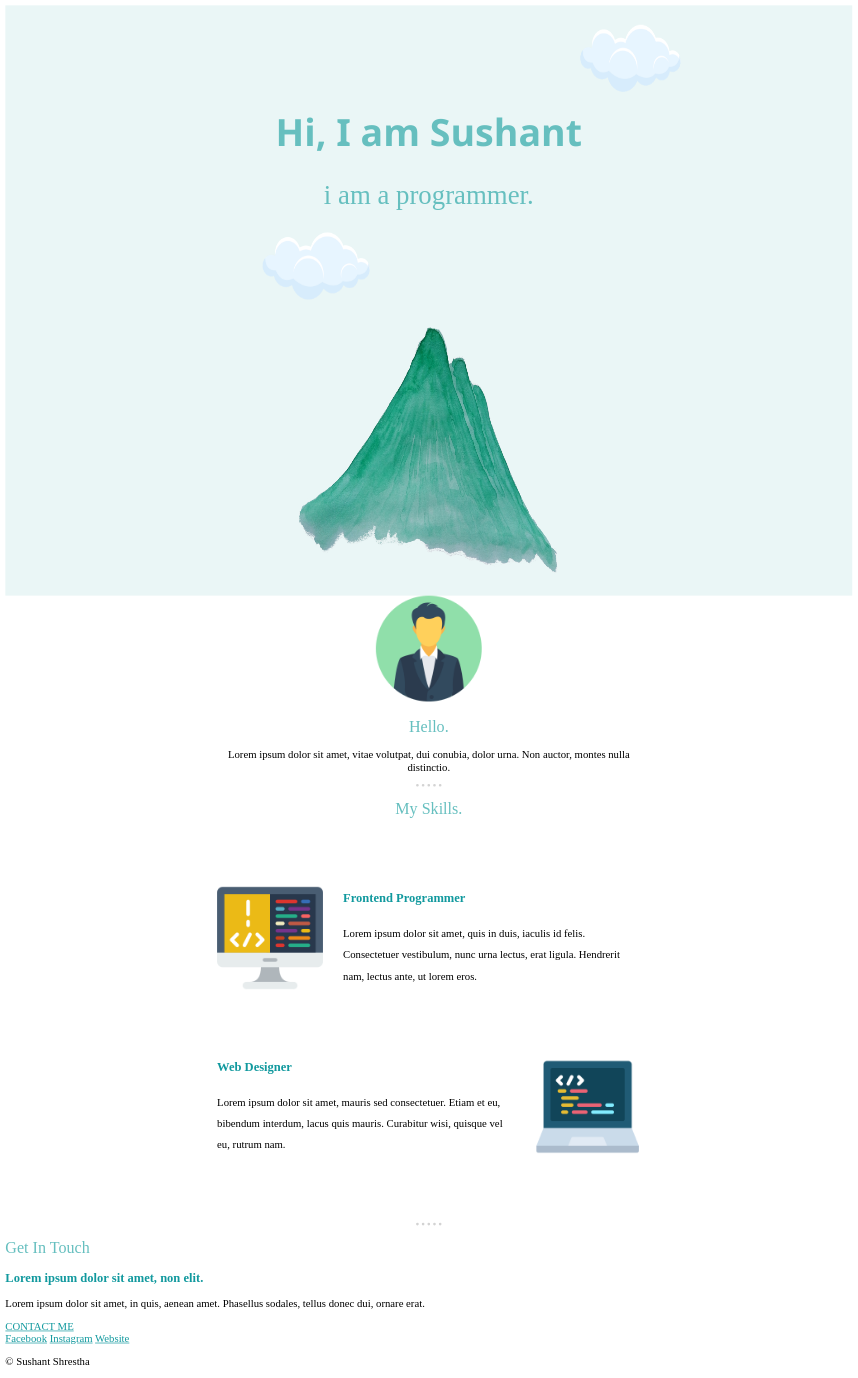
Repository: Sushant203/myPersonalSite
Page: index.html
An editor plug-in stored every save of this project. The page is shown before and after the next save, followed by the edit.
The browser window is 1280 px wide. The pictures show the whole page, at 67% of full size.

Above is the page before, as saved 2022-12-13 19:00:35.

### index.html
<!DOCTYPE html>
<html lang="en">

<head>
    <meta charset="UTF-8">
    <meta http-equiv="X-UA-Compatible" content="IE=edge">
    <meta name="viewport" content="width=device-width, initial-scale=1.0">
    <title>Document</title>
    <link rel="stylesheet" href="\css\style.css">
    <link rel="favicon" href="favicon.ico">
</head>

<body>
    <div class="container">
        <div>
            <img class="top-cloud" src="cloud.png" alt="upper-cloud">
        </div>
        <div class="header-text">
            <h1>Hi, I am Sushant</h1>
            <h2>i am a programmer.</h2>
        </div>
        <div>
            <img class="bottom-cloud" src="cloud.png" alt="lower cloud">
            <img class="mountain-image" src="mountain-1.png" alt="mountain img">
        </div>
      </div>
        <!-- middle and end parts -->
        <div class="middle-container">
            <!-- profile section -->
            <div class="profile">
              <img src="profile.png" alt="profile picture">
              <h2>Hello.</h2>
              <p>Lorem ipsum dolor sit amet, vitae volutpat, dui conubia, dolor urna. Non auctor, montes nulla distinctio.</p>
            </div>
            <hr>
            <!-- skill section -->
            <div class="skills">
              <h2>My Skills.</h2>
              <div class="skill-row">
                <img class="img1" src="skill1.png" alt="coding">
                <h3>Frontend Programmer</h3>
                <p>Lorem ipsum dolor sit amet, quis in duis, iaculis id felis. Consectetuer vestibulum, nunc urna lectus, erat ligula. Hendrerit nam, lectus ante, ut lorem eros.</p>
              </div>
              <div class="skill-row">
                <img class="img2" src="skill2.png" alt="programmer">
                <h3>Web Designer</h3>
                <p class="skill-description">Lorem ipsum dolor sit amet, mauris sed consectetuer. Etiam et eu, bibendum interdum, lacus quis mauris. Curabitur wisi, quisque vel eu, rutrum nam.</p>
              </div>
            </div>
            <hr>
            <!-- contact section -->
            <div class="contact-me">
              <h2>Get In Touch</h2>
              <h3>Lorem ipsum dolor sit amet, non elit.</h3>
              <p>Lorem ipsum dolor sit amet, in quis, aenean amet. Phasellus sodales, tellus donec dui, ornare erat.</p>
              <a class="btn" href="mailto:clashofgames229@gmail.com">CONTACT ME</a>
            </div>
          </div>

          <!-- bottom section -->
          <div class="bottom-container">
            <a class="footer-link" href="https://www.facebook.com/">Facebook</a>
            <a class="footer-link" href="https://www.instagram.com/">Instagram</a>
            <a class="footer-link" href="https://www.appbrewery.co/">Website</a>
            <p>© Sushant Shrestha</p>
          </div>

</body>

</html>

### css/style.css
/* body{
    background-color: lightblue;

    } */
/* contaienr css starts */
.container{
    background-color: #EAF6F6;
    margin:  0;
    position: relative;
    text-align: center;
    padding-top: 100px;

}

.top-cloud{
    height: 100px;
    width: 150px;
    position: absolute;
    top: 4vh;
   right: 20vw;
}

.header-text{
display: inline-block;
/* position: absolute; */
/* margin: 70px; */
}

.header-text h1{
    font-family: 'Segoe UI', Tahoma, Geneva, Verdana, sans-serif;
    font-size: 3.5rem;
    margin: 50px auto 0 auto;
    color: #66BFBF;

}

.header-text h2{
    font-family:cursive;
    font-size: 2.5rem;
}

.bottom-cloud{
    height: 100px;
    width: 160px;
    position: absolute;
    /* top: 35vh; */
    left: 30vw;
}

.mountain-image{

    height: 430px;
    width: 400px;
    margin-top: 15vh;
}
/* container css ends */

/* middle container css starts */
/* profile section css starts */
.profile{
    width: 50%;
    position: relative;
    text-align: center;
    margin: 0 auto;
}
.profile img{
    width: 25%;
    display: inline-block;
}

h2{
    font-weight: normal;
    color: #66BFBF;
}

h3,a{
    color: #11999E;
}

/* hr line css */
hr{
    border-style: none none dotted;
    border-color: lightgrey;
    border-width: 4px;
    width: 3%;

}


.skills{

    position: relative;
    text-align: center;
}

.skill-row{
    margin: 100px auto;
    width: 50%;
    text-align: left;
    line-height:2;
}

.skill-row .img1{
    width: 25%;
    float: left;
    margin-right: 30px;
}
.img2{
    width: 25%;
    float: right;
    margin-left: 30px;
}

After the next save:
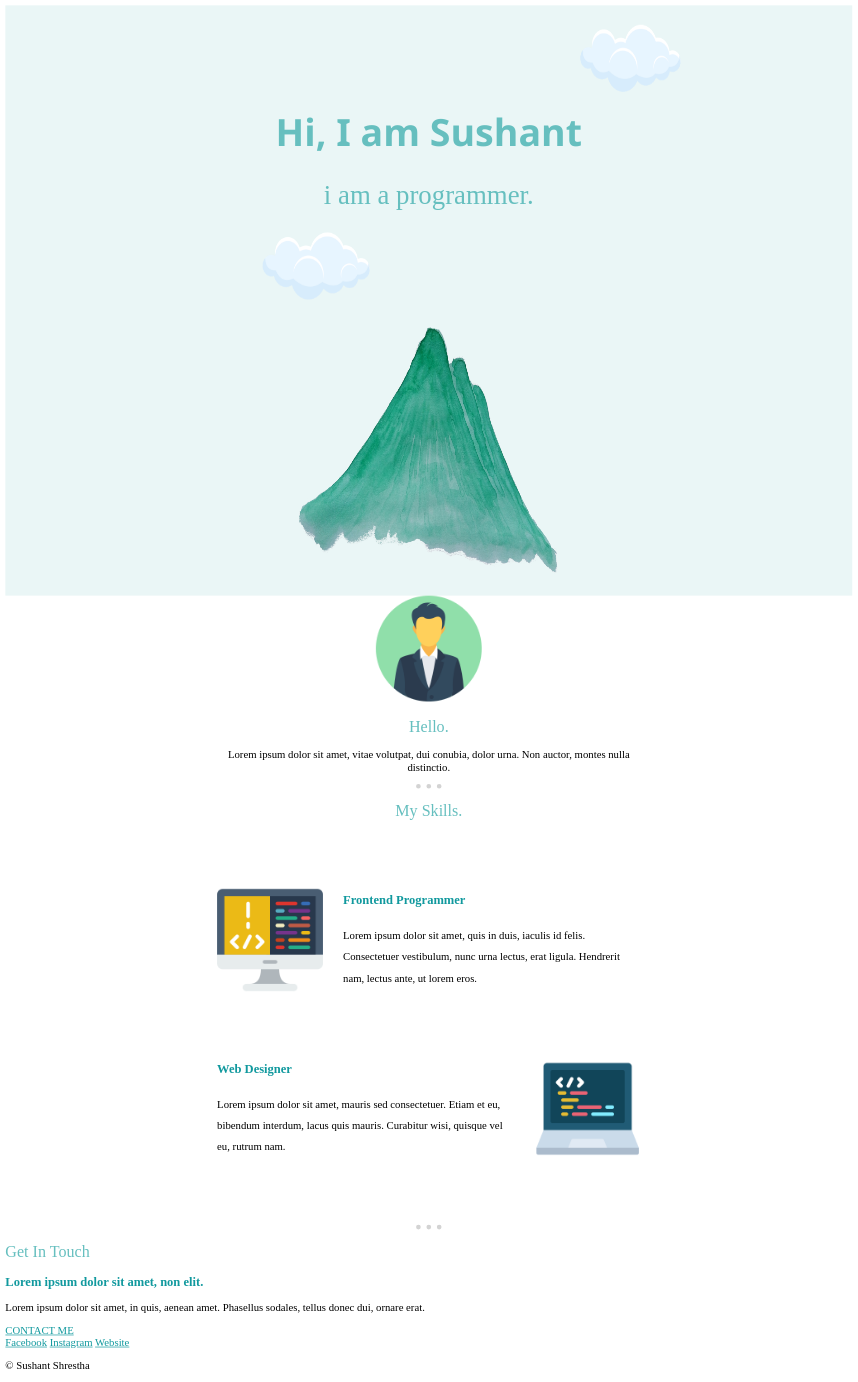
Saved 7 s later.
--- a/css/style.css
+++ b/css/style.css
@@ -81,7 +81,7 @@ h3,a{
 hr{
     border-style: none none dotted;
     border-color: lightgrey;
-    border-width: 4px;
+    border-width: 7px;
     width: 3%;
 
 }
